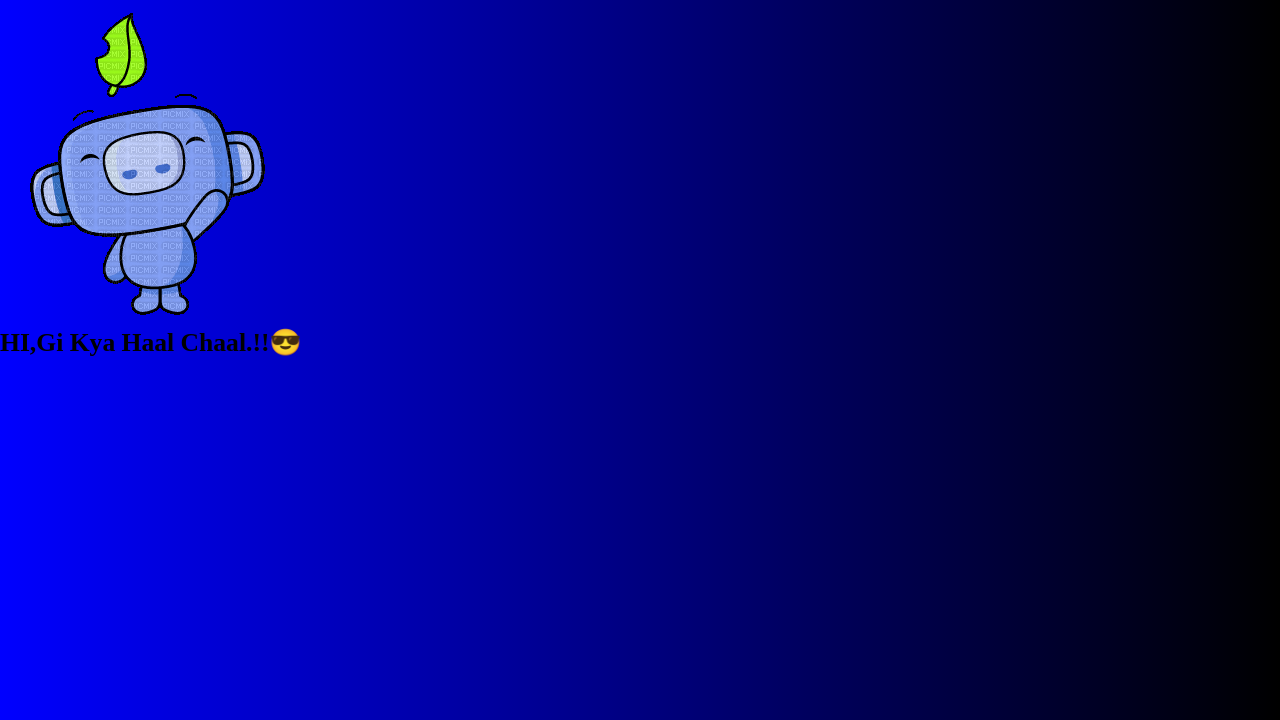
Repository: Deepak-Mane1902/simple-Calculator-using-JSP-Servlet
Page: webProject/src/main/webapp/index.html
These files come from the project's save history. The page is drawn as it stood at one moment and after the next save; the edit follows.
The browser window is 1280 px wide. The pictures show the whole page.

Above is the page before, as saved 2024-12-15 06:37:25.

After the next save:
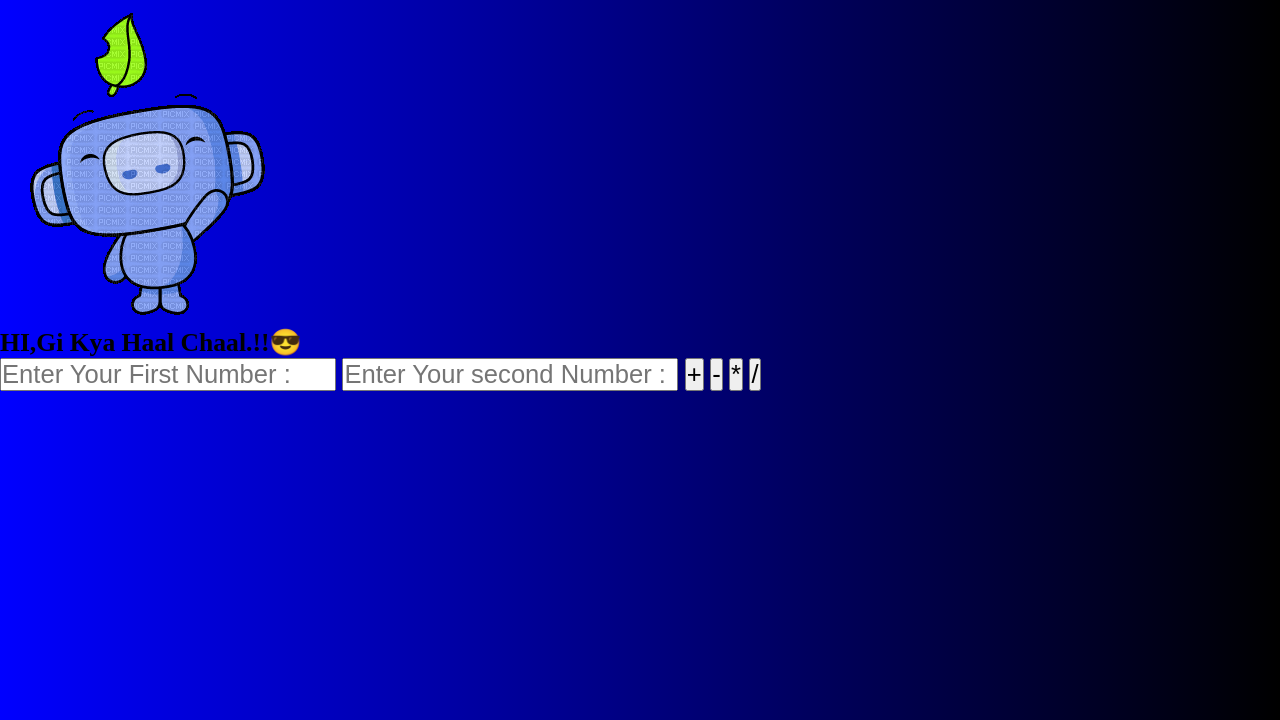
Saved 3 min 45 s later.
--- a/webProject/src/main/webapp/index.html
+++ b/webProject/src/main/webapp/index.html
@@ -9,6 +9,15 @@
 <main>
 <img src="images/gip.gif" />
 <h1>HI,Gi Kya Haal Chaal.!!😎</h1>
+<form>
+<input name="firstNum" placeholder="Enter Your First Number : " required/>
+<input name="secondNum" placeholder="Enter Your second Number : " required/>
+<button>+</button>
+<button>-</button>
+<button>*</button>
+<button>/</button>
+
+</form>
 </main>
 </body>
 </html>
